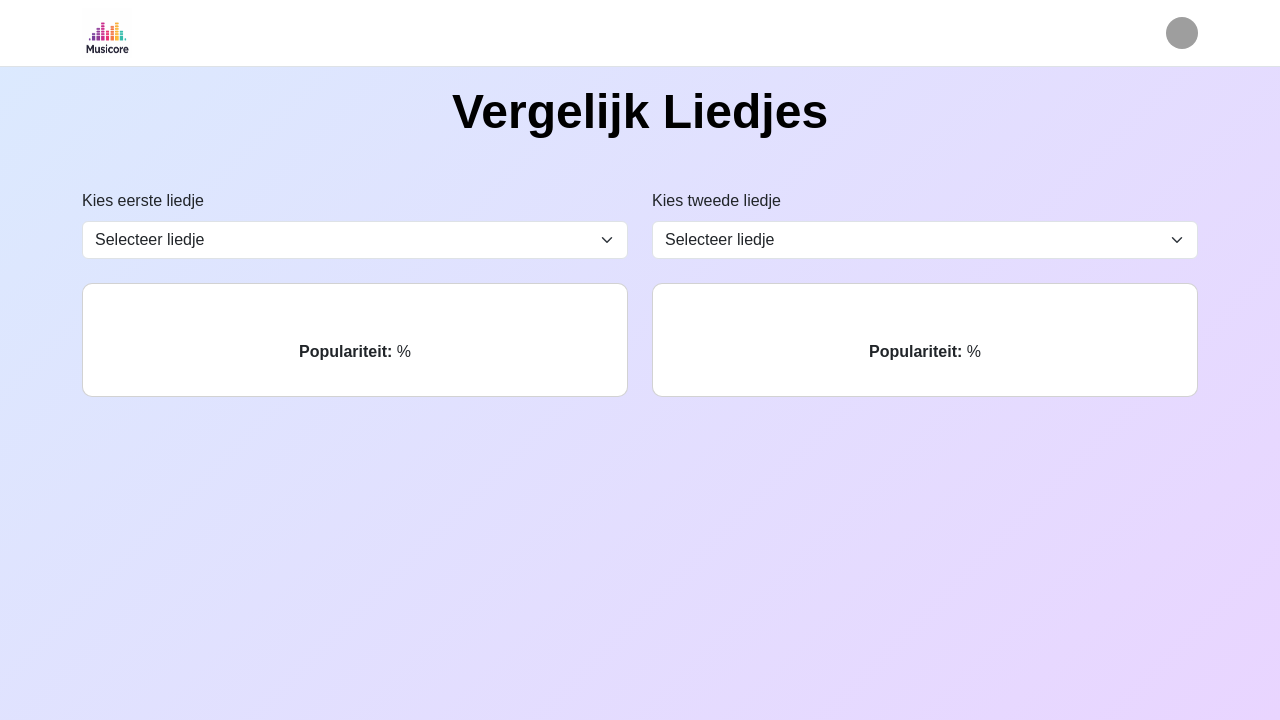
Repository: khadishat00/maskr
Page: maskr-frontend/compare.html
The author's editor kept a copy of each file at every save. The page is drawn from the files as they stood at one save, then again after a run of saves.
The browser window is 1280 px wide. The pictures show the whole page.
Pictures or frames that could not be fetched are drawn as grey boxes.

Above is the page before, as saved 2026-04-28 11:18:17.

After the next 2 saves:
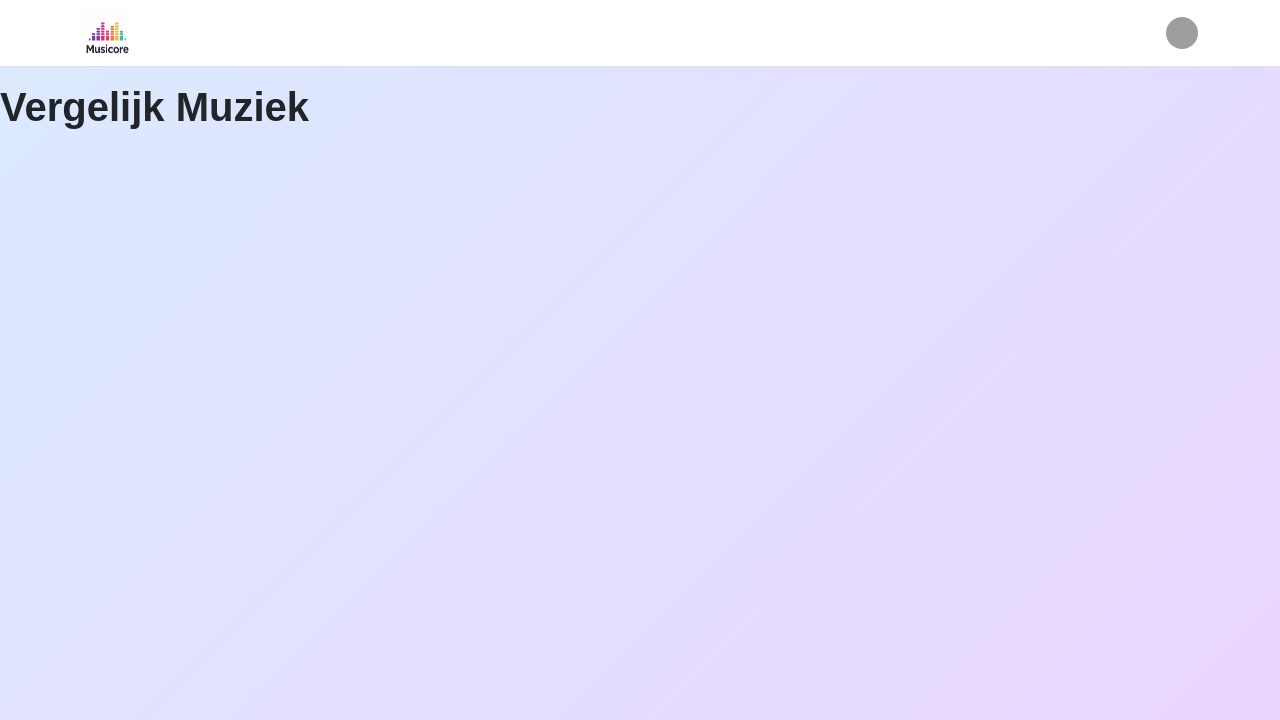
Console error: TypeError: Cannot read properties of null (reading 'appendChild')
The 2 saves are shown as one change because they came seconds apart.
The last was saved 7 s later.
--- a/maskr-frontend/compare.html
+++ b/maskr-frontend/compare.html
@@ -36,59 +36,10 @@
     </div>
   </header>
 <body>
-<header class="text-center mb-5">
-    <h1 class="display-5 fw-bold text-black mb-3">
-        Vergelijk Liedjes
-        <div class="dropdown">
-                        <ul class="dropdown-menu dropdown-menu-end text-small shadow">
-                <li><a class="dropdown-item" href="#">Profiel</a></li>
-                <li><hr class="dropdown-divider" /></li>
-                <li><a class="dropdown-item" href="index.html">Afmelden</a></li>
-            </ul>
-        </div>
-    </div>
-</header>
+  <header class="mb-5">
+        <h1 class="display-6 fw-bold">Vergelijk Muziek</h1>
+    </header>
 
-<div class="container">
-
-    <!-- dropdowns -->
-    <div class="row mb-4">
-        <div class="col-md-6">
-            <label class="form-label">Kies eerste liedje</label>
-            <select id="song1" class="form-select">
-                <option value="">Selecteer liedje</option>
-            </select>
-        </div>
-
-        <div class="col-md-6">
-            <label class="form-label">Kies tweede liedje</label>
-            <select id="song2" class="form-select">
-                <option value="">Selecteer liedje</option>
-            </select>
-        </div>
-    </div>
-
-    <div class="row g-4" id="compareResult">
-
-        <div class="col-md-6">
-            <div class="card p-3 text-center">
-                <img id="cover1" class="img-fluid rounded mb-3" style="max-height:300px; object-fit:cover;">
-                <h4 id="title1"></h4>
-                <p id="artist1"></p>
-                <p><strong>Populariteit:</strong> <span id="pop1"></span>%</p>
-            </div>
-        </div>
-
-        <div class="col-md-6">
-            <div class="card p-3 text-center">
-                <img id="cover2" class="img-fluid rounded mb-3" style="max-height:300px; object-fit:cover;">
-                <h4 id="title2"></h4>
-                <p id="artist2"></p>
-                <p><strong>Populariteit:</strong> <span id="pop2"></span>%</p>
-            </div>
-        </div>
-
-    </div>
 </div>
 
 <script src="js/compare.js"></script>
